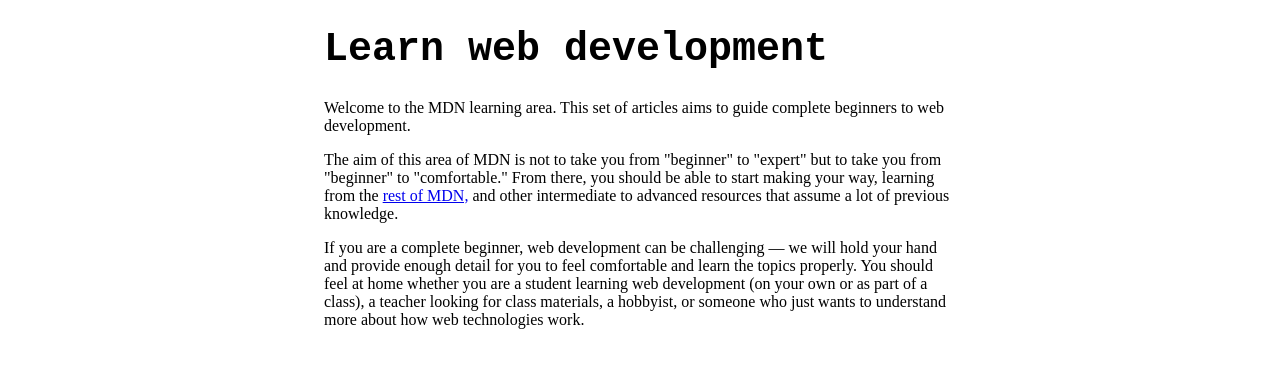
Repository: sriram1224/ReactProjects.github.io
Page: Assignments/Assignment2/index.html
These files come from the project's save history. The page is drawn as it stood at one moment and after the next save; the edit follows.
The browser window is 1280 px wide. The pictures show the whole page.
Some web libraries are served in a nearby version.

Above is the page before, as saved 2024-03-01 10:57:06.

After the next save:
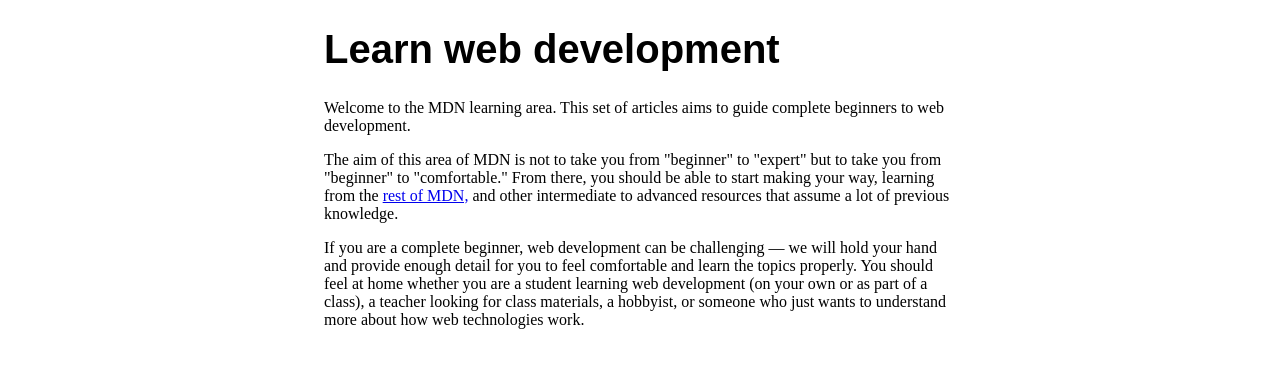
Saved 11 s later.
--- a/Assignments/Assignment2/index.html
+++ b/Assignments/Assignment2/index.html
@@ -15,7 +15,7 @@
         #title {
 
           font-size: 2.5em;
-          font-family: 'Courier New', Courier, monospace;
+          font-family:Arial, Helvetica, sans-serif;
 
         }
     </style>
